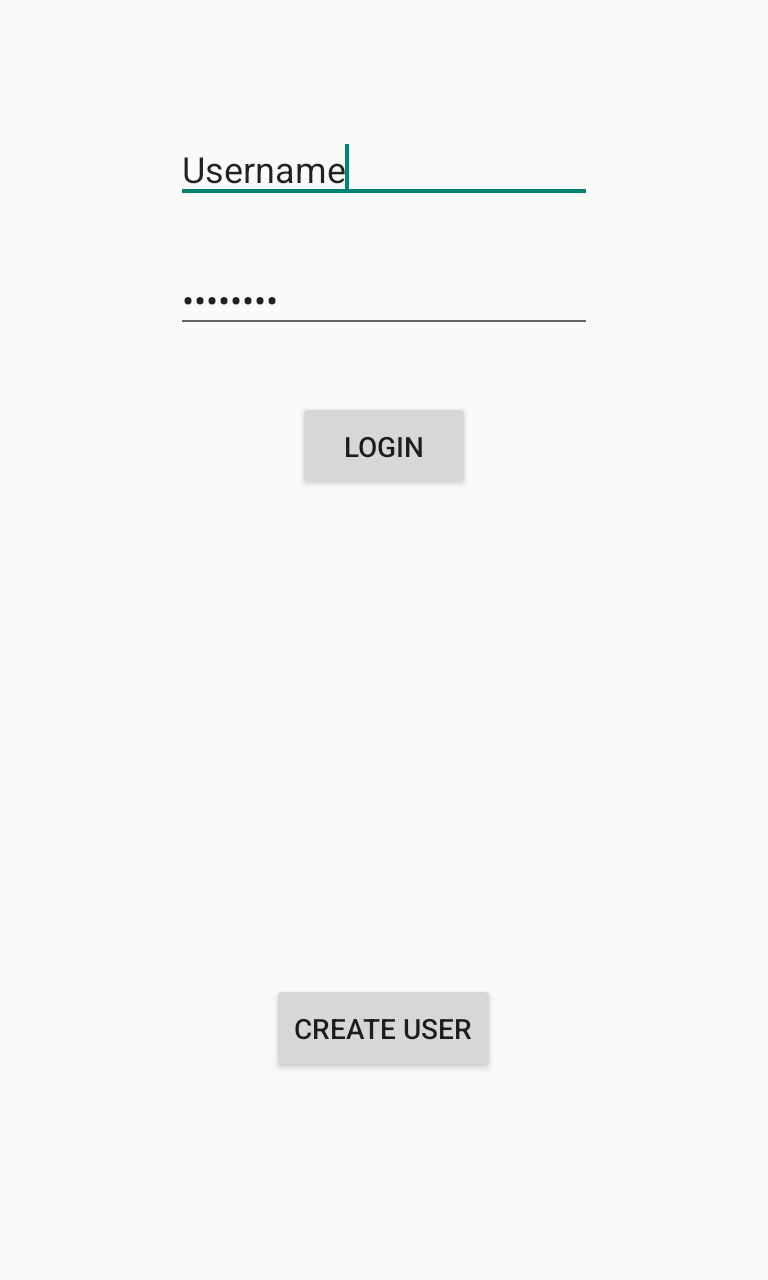
Repository: Sagarsaurus/Ecco
Layout: Ecco/res/layout/activity_main.xml
These files come from the project's save history. The layout is drawn as it stood at one moment and after the next save; the edit follows.
It is drawn on a 768 x 1280 px phone screen (xhdpi) without system bars, with theme AppTheme; the app's code is not run.

Above is the layout before, as saved 2014-11-15 21:15:34.

After the next save:
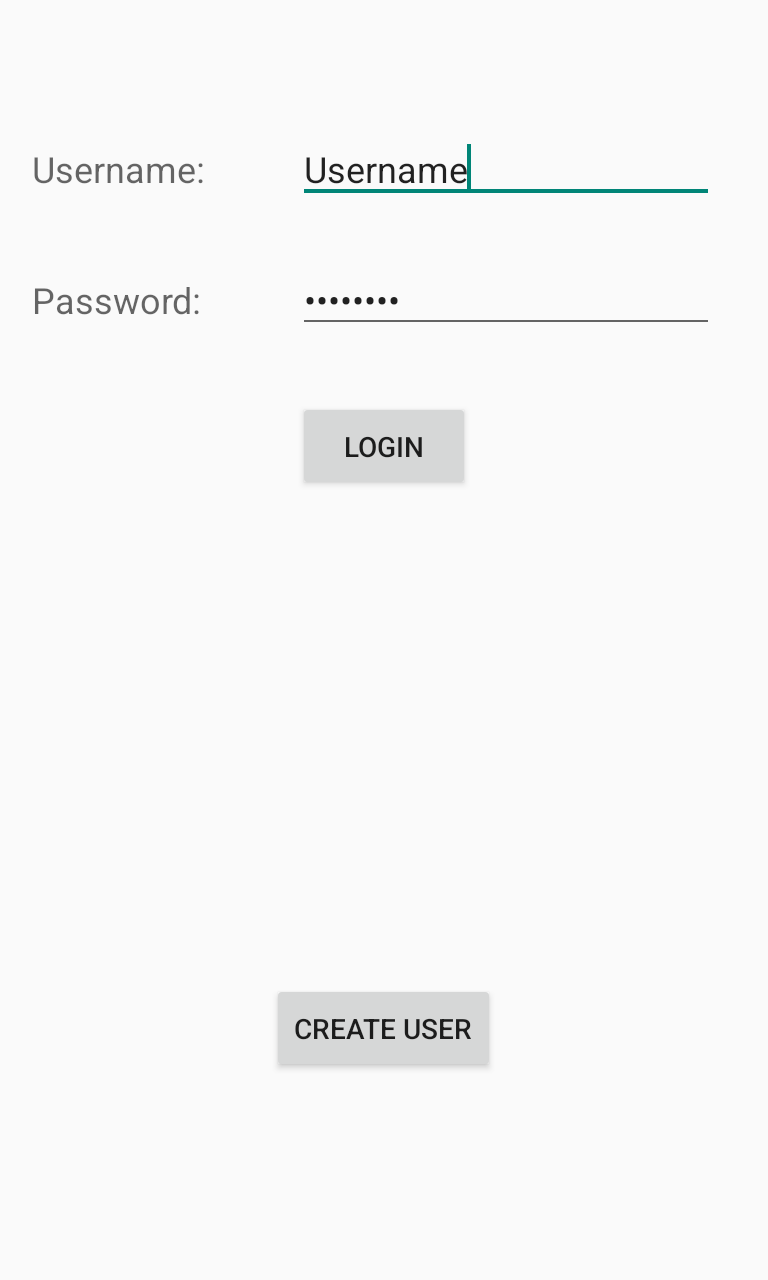
Saved 6 min 51 s later.
--- a/Ecco/res/layout/activity_main.xml
+++ b/Ecco/res/layout/activity_main.xml
@@ -12,10 +12,11 @@
         android:id="@+id/editText1"
         android:layout_width="wrap_content"
         android:layout_height="wrap_content"
+        android:layout_alignLeft="@+id/button1"
         android:layout_alignParentTop="true"
-        android:layout_centerHorizontal="true"
         android:layout_marginTop="46dp"
         android:ems="10"
+        android:hint="@string/Username"
         android:text="@string/Username" >
 
         <requestFocus />
@@ -25,10 +26,11 @@
         android:id="@+id/editText2"
         android:layout_width="wrap_content"
         android:layout_height="wrap_content"
+        android:layout_alignLeft="@+id/editText1"
         android:layout_below="@+id/editText1"
-        android:layout_centerHorizontal="true"
         android:layout_marginTop="24dp"
         android:ems="10"
+        android:hint="@string/Password"
         android:inputType="textPassword"
         android:text="@string/Password" />
 
@@ -52,4 +54,24 @@
         android:layout_marginBottom="86dp"
         android:text="@string/createUser" />
 
+    <TextView
+        android:id="@+id/textView1"
+        android:layout_width="wrap_content"
+        android:layout_height="wrap_content"
+        android:layout_alignBaseline="@+id/editText1"
+        android:layout_alignBottom="@+id/editText1"
+        android:layout_alignParentLeft="true"
+        android:text="Username:"
+        android:textAppearance="?android:attr/textAppearanceMedium" />
+
+    <TextView
+        android:id="@+id/TextView01"
+        android:layout_width="wrap_content"
+        android:layout_height="wrap_content"
+        android:layout_alignBaseline="@+id/editText2"
+        android:layout_alignBottom="@+id/editText2"
+        android:layout_alignLeft="@+id/textView1"
+        android:text="Password:"
+        android:textAppearance="?android:attr/textAppearanceMedium" />
+
 </RelativeLayout>
